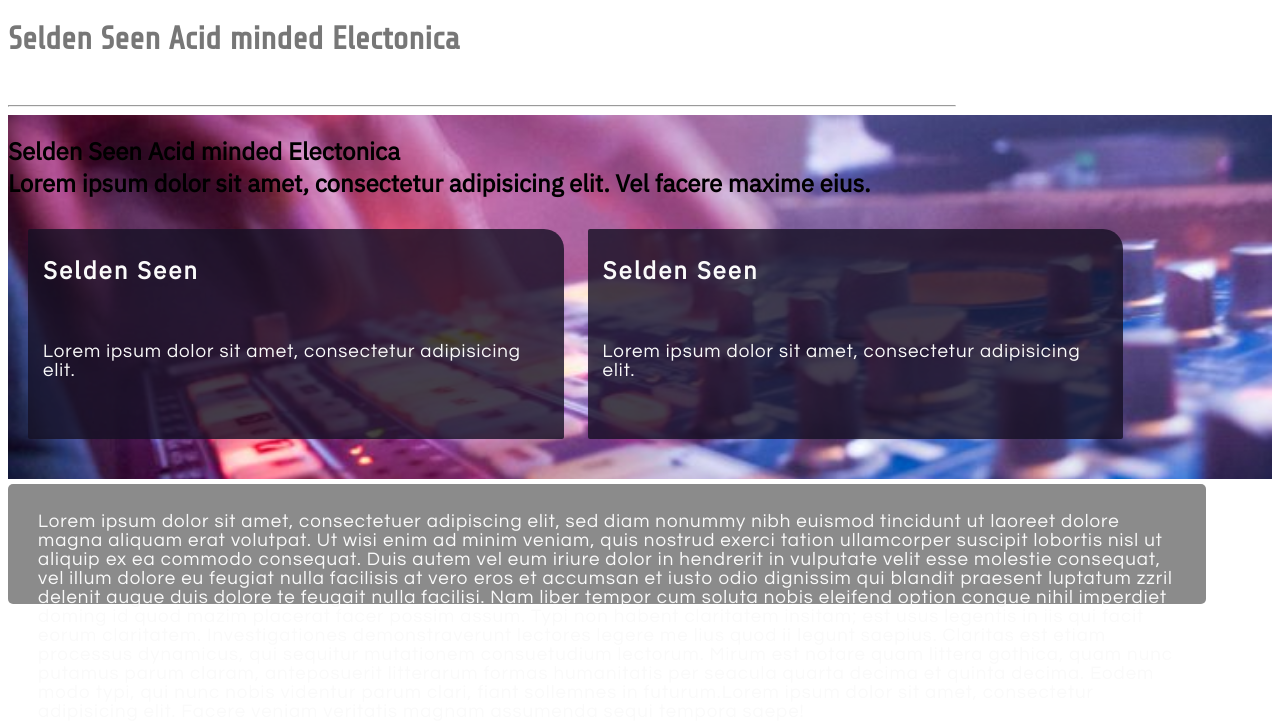
Repository: josvelema/milestone
Page: index.html
The author's editor kept a record of every edit. The page is drawn from the files as they stood at one moment, then again after the next edit.
The browser window is 1280 px wide. The pictures show the whole page.
Backgrounds fixed to the window are drawn as part of the page.

Above is the page before.

After the next edit:
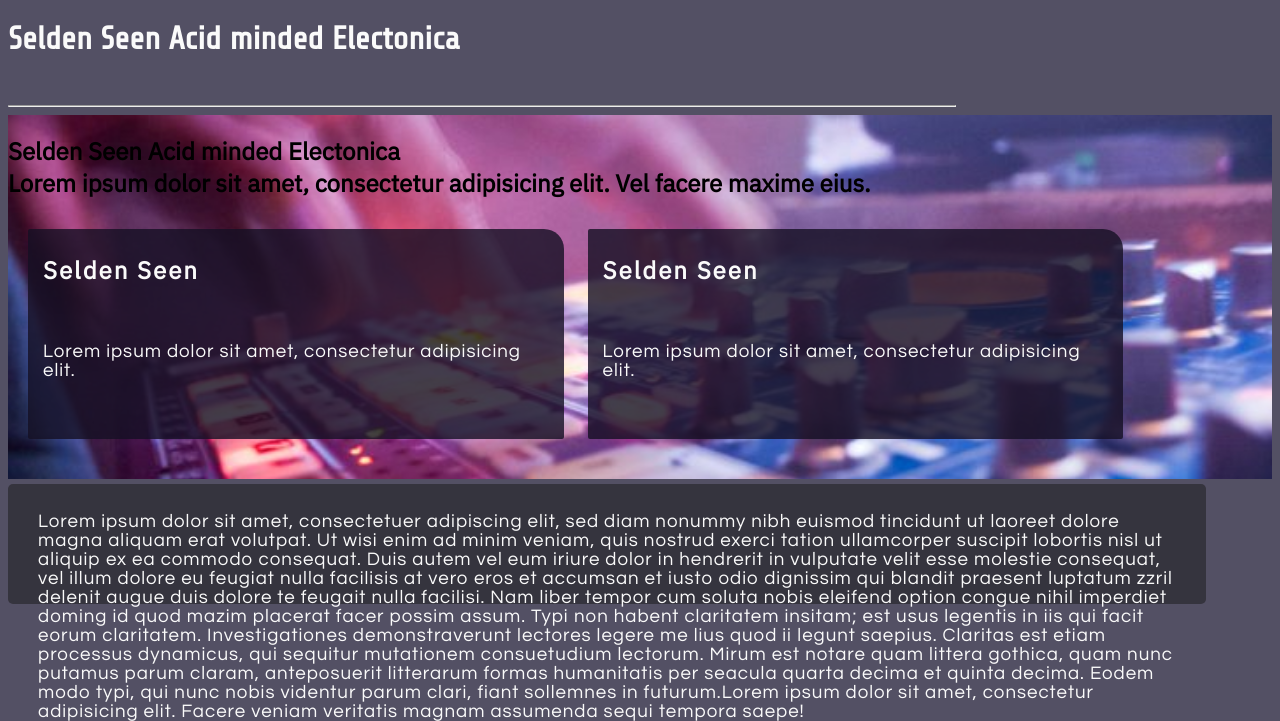
The edit:
--- a/CSS/style.css
+++ b/CSS/style.css
@@ -1,4 +1,8 @@
 @import url('https://fonts.googleapis.com/css?family=IBM+Plex+Sans|Questrial|Share+Tech&display=swap');
+
+body {
+    background-color: rgba(10, 7, 35, 0.7);
+}
 
 h1 {
     font-family: 'Share Tech', sans-serif;
@@ -7,19 +11,21 @@
 
 h3 {
     font-family: 'Questrial', sans-serif;
-    font-weight:300;
+    font-weight: 300;
     letter-spacing: 1px;
 }
 
 h2 {
     font-family: 'IBM Plex Sans', sans-serif;
 }
+
 .head {
-    background-color:transparent;
-    width:75%;
-    color: #777777;
+    background-color: transparent;
+    width: 75%;
+    color: #fafafa;
 }
-.hero-image{
+
+.hero-image {
     background: url("../img/emxheroimage.jpg")no-repeat center center fixed;
     background-position: relative;
     background-repeat: no-repeat;
@@ -28,43 +34,43 @@
     transition: all 5s ease-in-out;
     -moz-transition: all .5s ease-in-out;
     -webkit-transition: all .5s ease-in-out;
-    background-color: rgba(0,0,0,0.5);
-     width:100%;
-      float: left;
+    background-color: rgba(0, 0, 0, 0.5);
+    width: 100%;
+    float: left;
 
-    }
+}
 
 
 
 .callout {
-        font-family: 'Share Tech', sans-serif;
-        color: #fafafa;
-        letter-spacing: 2px;
-        font-weight:300;
-        width:40%;
-        height:200px;
-        margin-top: 10px;
-        margin-left:20px;
-        margin-bottom: 40px;
-        padding:5px 15px 5px 15px;
-        background-color: rgba(20,15,35,0.8);
-        border-top-right-radius: 20px;
-        border-top-left-radius: 2px;
-        border-bottom-left-radius: 2px;
-        border-bottom-right-radius: 2px;
-        display: inline-block;
+    font-family: 'Share Tech', sans-serif;
+    color: #fafafa;
+    letter-spacing: 2px;
+    font-weight: 300;
+    width: 40%;
+    height: 200px;
+    margin-top: 10px;
+    margin-left: 20px;
+    margin-bottom: 40px;
+    padding: 5px 15px 5px 15px;
+    background-color: rgba(20, 15, 35, 0.8);
+    border-top-right-radius: 20px;
+    border-top-left-radius: 2px;
+    border-bottom-left-radius: 2px;
+    border-bottom-right-radius: 2px;
+    display: inline-block;
 }
 
 .foot {
     width: 90%;
     height: 100px;
-    background-color: rgba(25,25,25,0.5);
+    background-color: rgba(25, 25, 25, 0.5);
     color: #fafafa;
     border-radius: 5px 5px;
     border-color: #777777;
     position: relative;
     float: left;
-    margin:5px auto;
+    margin: 5px auto;
     padding: 10px 30px 10px 30px;
 
 }
